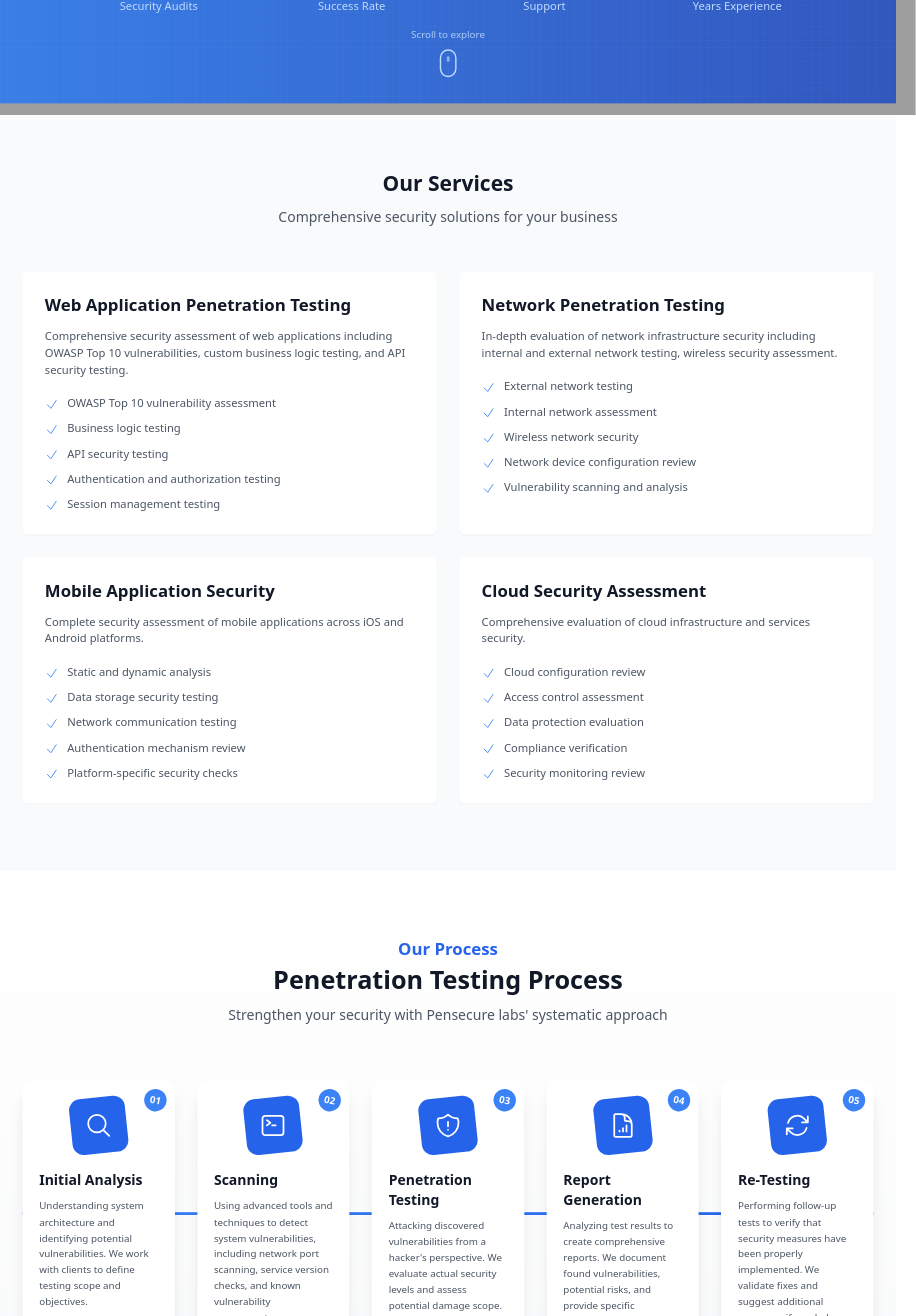
Repository: ZSayless/Penetration-test
Page: /
An editor plug-in stored every save of this project. The page is shown before and after the next save, followed by the edit.
The browser window is 1280 px wide. The page is 1308 px wide, so the pictures cover 1308 px, including what lies to the right of the window. The pictures show the part of the page from y = 594 to 2474 px (the page is 7893 px tall before and 7997 px after), at 70% of full size.
Pictures or frames that could not be fetched are drawn as grey boxes. The project was rebuilt for these pictures with package versions that can differ from the ones it lists, and the page was loaded fresh each time. The framework's server and built-in components were replaced by stand-ins that run in the browser. Also part of the build but not shown: next.config.js.

Above is the page before, as saved 2024-12-04 15:14:57.

### src/app/layout.tsx
import type { Metadata } from 'next';
import Navbar from '@/components/Navbar';
import './globals.css';

export const metadata: Metadata = {
  title: 'SecureTest Pro - Professional Penetration Testing Services',
  description: 'Comprehensive security assessment services to protect your business from cyber threats.',
};

export default function RootLayout({
  children,
}: {
  children: React.ReactNode;
}) {
  return (
    <html lang="en">
      <body>
        <Navbar />
        {children}
      </body>
    </html>
  );
}

### src/app/page.tsx
'use client';

import Hero from '@/components/sections/Hero';
import Services from '@/components/sections/Services';
import Process from '@/components/sections/Process';
import About from '@/components/sections/About';
import Features from '@/components/sections/Features';
import Testimonials from '@/components/sections/Testimonials';
import Contact from '@/components/sections/Contact';
import WhyPentest from '@/components/sections/WhyPentest';
import FAQ from '@/components/sections/FAQ';
import Tools from '@/components/sections/Tools';

export default function Home() {
  return (
    <main>
      <Hero />
      <Services />
      <Process />
      <WhyPentest />
      <Tools />
      <About />
      <Features />
      <FAQ />
      <Testimonials />
      <Contact />
    </main>
  );
}

### src/components/Navbar.tsx
'use client';

import Link from 'next/link';
import Image from 'next/image';
import { useState } from 'react';

const navItems = [
  { name: 'Home', href: '#home' },
  { name: 'Services', href: '#services' },
  { name: 'About', href: '#about' },
  { name: 'Contact', href: '#contact' }
];

export default function Navbar() {
  const [active, setActive] = useState('');

  const handleScroll = (e: React.MouseEvent<HTMLAnchorElement>, href: string) => {
    e.preventDefault();
    const targetId = href.replace('#', '');
    const element = document.getElementById(targetId);
    if (element) {
      element.scrollIntoView({
        behavior: 'smooth'
      });
      setActive(href);
    }
  };

  return (
    <nav className="fixed top-0 left-0 right-0 z-50 bg-white shadow-sm">
      <div className="max-w-7xl mx-auto px-4 sm:px-6 lg:px-8">
        <div className="flex justify-between h-16">
          <div className="flex items-center">
            {/* Logo */}
            <div className="flex-shrink-0 flex items-center">
              <Link href="/" className="flex items-center space-x-2">
                <div className="w-8 h-8 bg-blue-600 rounded-lg flex items-center justify-center">
                  <span className="text-white font-bold text-xl">SP</span>
                </div>
                <span className="text-xl font-bold text-gray-900">SecureTest Pro</span>
              </Link>
            </div>

            {/* Navigation Links */}
            <div className="hidden sm:ml-10 sm:flex sm:space-x-8">
              {navItems.map((item) => (
                <Link
                  key={item.name}
                  href={item.href}
                  onClick={(e) => handleScroll(e, item.href)}
                  className={`inline-flex items-center px-1 pt-1 border-b-2 text-sm font-medium ${
                    active === item.href
                      ? 'border-blue-500 text-gray-900'
                      : 'border-transparent text-gray-500 hover:border-gray-300 hover:text-gray-700'
                  }`}
                >
                  {item.name}
                </Link>
              ))}
            </div>
          </div>

          {/* Get Started Button */}
          <div className="flex items-center">
            <Link
              href="#contact"
              onClick={(e) => handleScroll(e, '#contact')}
              className="inline-flex items-center px-4 py-2 border border-transparent text-sm font-medium rounded-lg text-white bg-blue-600 hover:bg-blue-700 transition-colors duration-200"
            >
              Get Started
            </Link>
          </div>
        </div>
      </div>
    </nav>
  );
}

### src/app/globals.css
@tailwind base;
@tailwind components;
@tailwind utilities;

/* Add these styles */
html {
  scroll-padding-top: 4rem; /* Adjust this value based on your navbar height */
  scroll-behavior: smooth;
}

section {
  scroll-margin-top: 4rem; /* Adjust this value based on your navbar height */
}

### src/components/sections/Services.tsx
'use client';

import { motion } from 'framer-motion';
import { CheckIcon } from '@heroicons/react/24/outline';

const services = [
  {
    title: "Web Application Penetration Testing",
    description: "Comprehensive security assessment of web applications including OWASP Top 10 vulnerabilities, custom business logic testing, and API security testing.",
    features: [
      "OWASP Top 10 vulnerability assessment",
      "Business logic testing",
      "API security testing",
      "Authentication and authorization testing",
      "Session management testing"
    ]
  },
  {
    title: "Network Penetration Testing",
    description: "In-depth evaluation of network infrastructure security including internal and external network testing, wireless security assessment.",
    features: [
      "External network testing",
      "Internal network assessment",
      "Wireless network security",
      "Network device configuration review",
      "Vulnerability scanning and analysis"
    ]
  },
  {
    title: "Mobile Application Security",
    description: "Complete security assessment of mobile applications across iOS and Android platforms.",
    features: [
      "Static and dynamic analysis",
      "Data storage security testing",
      "Network communication testing",
      "Authentication mechanism review",
      "Platform-specific security checks"
    ]
  },
  {
    title: "Cloud Security Assessment",
    description: "Comprehensive evaluation of cloud infrastructure and services security.",
    features: [
      "Cloud configuration review",
      "Access control assessment",
      "Data protection evaluation",
      "Compliance verification",
      "Security monitoring review"
    ]
  }
];

export default function Services() {
  return (
    <section id="services" className="py-24 bg-gray-50">
      <div className="max-w-7xl mx-auto px-4 sm:px-6 lg:px-8">
        <motion.div
          initial={{ opacity: 0, y: 20 }}
          whileInView={{ opacity: 1, y: 0 }}
          viewport={{ once: true }}
          className="text-center mb-16"
        >
          <h2 className="text-3xl font-bold text-gray-900">Our Services</h2>
          <p className="mt-4 text-xl text-gray-600">
            Comprehensive security solutions for your business
          </p>
        </motion.div>

        <div className="grid grid-cols-1 lg:grid-cols-2 gap-8">
          {services.map((service, index) => (
            <motion.div
              key={index}
              initial={{ opacity: 0, y: 20 }}
              whileInView={{ opacity: 1, y: 0 }}
              viewport={{ once: true }}
              transition={{ delay: index * 0.2 }}
              className="bg-white rounded-lg shadow-sm hover:shadow-md transition-shadow duration-300 overflow-hidden"
            >
              <div className="p-8">
                <h3 className="text-2xl font-semibold text-gray-900 mb-4">
                  {service.title}
                </h3>
                <p className="text-gray-600 mb-6">
                  {service.description}
                </p>
                <ul className="space-y-3">
                  {service.features.map((feature, featureIndex) => (
                    <li key={featureIndex} className="flex items-start">
                      <CheckIcon className="h-5 w-5 text-blue-500 mt-1 flex-shrink-0" />
                      <span className="ml-3 text-gray-600">{feature}</span>
                    </li>
                  ))}
                </ul>
              </div>
            </motion.div>
          ))}
        </div>
      </div>
    </section>
  );
}

### src/components/sections/Features.tsx
export default function Features() {
  return (
    <section id="features" className="py-20 bg-gray-50">
      <div className="max-w-7xl mx-auto px-4 sm:px-6 lg:px-8">
        <div className="text-center">
          <h2 className="text-3xl font-extrabold text-gray-900 sm:text-4xl">
            Why Choose Our Services
          </h2>
          <p className="mt-4 max-w-2xl mx-auto text-xl text-gray-500">
            Industry-leading security testing with comprehensive solutions
          </p>
        </div>

        <div className="mt-20 grid grid-cols-1 gap-8 md:grid-cols-2 lg:grid-cols-3">
          {[
            {
              title: 'Expert Team',
              description: 'Certified security professionals with years of experience',
              icon: '👨‍💻',
            },
            {
              title: 'Comprehensive Reports',
              description: 'Detailed findings with actionable recommendations',
              icon: '📊',
            },
            {
              title: '24/7 Support',
              description: 'Round-the-clock assistance and consultation',
              icon: '🔧',
            },
            {
              title: 'Latest Tools',
              description: 'Using cutting-edge security testing tools',
              icon: '🛠',
            },
            {
              title: 'Custom Solutions',
              description: 'Tailored testing plans for your specific needs',
              icon: '🎯',
            },
            {
              title: 'Fast Turnaround',
              description: 'Quick delivery without compromising quality',
              icon: '⚡',
            },
          ].map((feature, index) => (
            <div
              key={index}
              className="relative bg-white p-6 rounded-lg shadow-lg hover:shadow-xl transition-all duration-300"
            >
              <div>
                <span className="text-4xl">{feature.icon}</span>
                <h3 className="mt-4 text-lg font-medium text-gray-900">
                  {feature.title}
                </h3>
                <p className="mt-2 text-gray-500">{feature.description}</p>
              </div>
            </div>
          ))}
        </div>
      </div>
    </section>
  );
}

### src/components/sections/Testimonials.tsx
export default function Testimonials() {
  return (
    <section id="testimonials" className="py-20 bg-white">
      <div className="max-w-7xl mx-auto px-4 sm:px-6 lg:px-8">
        <div className="text-center">
          <h2 className="text-3xl font-extrabold text-gray-900 sm:text-4xl">
            What Our Clients Say
          </h2>
          <p className="mt-4 max-w-2xl mx-auto text-xl text-gray-500">
            Don't just take our word for it
          </p>
        </div>

        <div className="mt-20 grid grid-cols-1 gap-8 md:grid-cols-2 lg:grid-cols-3">
          {[
            {
              quote: "The team's expertise and professionalism exceeded our expectations. They found critical vulnerabilities that could have been devastating if exploited.",
              author: "John Smith",
              role: "CTO, Tech Corp",
            },
            {
              quote: "Comprehensive testing and clear reporting helped us improve our security posture significantly. Highly recommended!",
              author: "Sarah Johnson",
              role: "Security Director, Finance Plus",
            },
            {
              quote: "Their penetration testing service is thorough and their recommendations are practical and actionable.",
              author: "Mike Williams",
              role: "IT Manager, Global Retail",
            },
          ].map((testimonial, index) => (
            <div
              key={index}
              className="bg-gray-50 p-8 rounded-lg shadow-lg hover:shadow-xl transition-all duration-300"
            >
              <p className="text-gray-600 italic">"{testimonial.quote}"</p>
              <div className="mt-6">
                <p className="text-gray-900 font-semibold">{testimonial.author}</p>
                <p className="text-gray-500">{testimonial.role}</p>
              </div>
            </div>
          ))}
        </div>
      </div>
    </section>
  );
}

### src/components/sections/WhyPentest.tsx
'use client';

import { motion } from 'framer-motion';
import {
  ShieldCheckIcon,
  LockClosedIcon,
  ClipboardDocumentCheckIcon,
  ComputerDesktopIcon,
  ArrowPathRoundedSquareIcon,
  BanknotesIcon
} from '@heroicons/react/24/outline';

const reasons = [
  {
    title: "Early Threat Detection",
    description: "Identify potential vulnerabilities early to prevent malicious attacks. This is crucial for preventing data breaches and system compromises.",
    icon: ShieldCheckIcon
  },
  {
    title: "Data Protection",
    description: "Protect critical business data and customer information to prevent reputation damage and reduce legal risks.",
    icon: LockClosedIcon
  },
  {
    title: "Regulatory Compliance",
    description: "Meet various industry regulations and legal requirements through regular security testing. Prepare for regulatory audits.",
    icon: ClipboardDocumentCheckIcon
  },
  {
    title: "Cyber Attack Simulation",
    description: "Test using real hacker techniques to strengthen your organization's defense strategies.",
    icon: ComputerDesktopIcon
  },
  {
    title: "Business Continuity",
    description: "Maintain system availability and minimize business disruption by addressing vulnerabilities through penetration testing.",
    icon: ArrowPathRoundedSquareIcon
  },
  {
    title: "Cost Reduction",
    description: "Save costs by fixing system vulnerabilities before they lead to major security incidents.",
    icon: BanknotesIcon
  }
];

export default function WhyPentest() {
  return (
    <section className="py-24 bg-white">
      <div className="max-w-7xl mx-auto px-4 sm:px-6 lg:px-8">
        <motion.div
          initial={{ opacity: 0, y: 20 }}
          whileInView={{ opacity: 1, y: 0 }}
          viewport={{ once: true }}
          transition={{ duration: 0.8 }}
          className="text-center mb-16"
        >
          <h2 className="text-2xl font-semibold text-blue-600">Why Choose Us</h2>
          <h3 className="mt-2 text-4xl font-bold text-gray-900">Key Reasons for Vulnerability Assessment & Penetration Testing</h3>
        </motion.div>

        <div className="grid grid-cols-1 md:grid-cols-2 lg:grid-cols-3 gap-8">
          {reasons.map((reason, index) => (
            <motion.div
              key={index}
              initial={{ opacity: 0, y: 20 }}
              whileInView={{ opacity: 1, y: 0 }}
              viewport={{ once: true }}
              transition={{ duration: 0.5, delay: index * 0.1 }}
              className="bg-gray-50 rounded-xl p-6 hover:shadow-xl transition-shadow duration-300"
            >
              <div className="flex items-start space-x-4">
                <div className="flex-shrink-0">
                  <div className="w-12 h-12 bg-blue-100 rounded-lg flex items-center justify-center">
                    <reason.icon className="w-6 h-6 text-blue-600" />
                  </div>
                </div>
                <div>
                  <h4 className="text-lg font-semibold text-gray-900 mb-2">{reason.title}</h4>
                  <p className="text-gray-600">{reason.description}</p>
                </div>
              </div>
            </motion.div>
          ))}
        </div>
      </div>
    </section>
  );
}

### src/components/sections/FAQ.tsx
'use client';

import { motion } from 'framer-motion';
import { useState } from 'react';
import { ChevronDownIcon } from '@heroicons/react/24/outline';

const faqs = [
  {
    question: "What is Penetration Testing?",
    answer: "Penetration Testing is a controlled cybersecurity assessment that simulates real-world attacks to identify vulnerabilities in your systems, networks, and applications before malicious hackers can exploit them."
  },
  {
    question: "How often should we conduct Penetration Testing?",
    answer: "We recommend conducting penetration tests at least annually, or after significant infrastructure changes, new system deployments, or major application updates. Regular testing ensures continuous security assessment."
  },
  {
    question: "What types of Penetration Testing do you offer?",
    answer: "We offer comprehensive penetration testing services including Network Penetration Testing, Web Application Testing, Mobile App Security Testing, Cloud Security Assessment, and Social Engineering Testing."
  },
  {
    question: "How long does a Penetration Test take?",
    answer: "The duration varies depending on the scope and complexity of the systems being tested. Typically, a standard penetration test can take 1-3 weeks, including planning, testing, and reporting phases."
  },
  {
    question: "What deliverables can we expect?",
    answer: "You'll receive a detailed report including an executive summary, technical findings, risk ratings, proof-of-concept demonstrations, and specific remediation recommendations. We also provide post-test consultation."
  }
];

export default function FAQ() {
  const [openIndex, setOpenIndex] = useState<number | null>(null);

  return (
    <section className="py-24 bg-gray-50">
      <div className="max-w-7xl mx-auto px-4 sm:px-6 lg:px-8">
        <motion.div
          initial={{ opacity: 0, y: 20 }}
          whileInView={{ opacity: 1, y: 0 }}
          viewport={{ once: true }}
          className="text-center mb-16"
        >
          <h2 className="text-2xl font-semibold text-blue-600">FAQ</h2>
          <h3 className="mt-2 text-4xl font-bold text-gray-900">Frequently Asked Questions</h3>
          <p className="mt-4 text-xl text-gray-600">
            Common questions about our penetration testing services
          </p>
        </motion.div>

        <div className="max-w-3xl mx-auto">
          {faqs.map((faq, index) => (
            <motion.div
              key={index}
              initial={{ opacity: 0, y: 20 }}
              whileInView={{ opacity: 1, y: 0 }}
              viewport={{ once: true }}
              transition={{ delay: index * 0.1 }}
              className="mb-4"
            >
              <button
                onClick={() => setOpenIndex(openIndex === index ? null : index)}
                className="w-full flex justify-between items-center p-6 bg-white rounded-lg shadow-sm hover:shadow-md transition-shadow duration-200"
              >
                <span className="text-lg font-semibold text-gray-900">{faq.question}</span>
                <ChevronDownIcon
                  className={`w-5 h-5 text-blue-600 transition-transform duration-200 ${
                    openIndex === index ? 'transform rotate-180' : ''
                  }`}
                />
              </button>
              {openIndex === index && (
                <motion.div
                  initial={{ opacity: 0, height: 0 }}
                  animate={{ opacity: 1, height: 'auto' }}
                  exit={{ opacity: 0, height: 0 }}
                  className="p-6 bg-gray-50 rounded-b-lg"
                >
                  <p className="text-gray-600">{faq.answer}</p>
                </motion.div>
              )}
            </motion.div>
          ))}
        </div>
      </div>
    </section>
  );
}

### src/components/sections/Tools.tsx
'use client';

import { motion } from 'framer-motion';
import { CommandLineIcon, ShieldCheckIcon, GlobeAltIcon, ServerIcon, WrenchScrewdriverIcon } from '@heroicons/react/24/outline';

const tools = [
  {
    name: "Acunetix",
    description: "Advanced web vulnerability scanning",
    icon: GlobeAltIcon
  },
  {
    name: "Nessus",
    description: "Comprehensive vulnerability assessment",
    icon: ShieldCheckIcon
  },
  {
    name: "Burp Suite",
    description: "Web application security testing",
    icon: CommandLineIcon
  },
  {
    name: "Metasploit",
    description: "Penetration testing framework",
    icon: ServerIcon
  },
  {
    name: "Wireshark",
    description: "Network protocol analyzer",
    icon: WrenchScrewdriverIcon
  }
];

export default function Tools() {
  return (
    <section className="py-24 bg-white">
      <div className="max-w-7xl mx-auto px-4 sm:px-6 lg:px-8">
        <motion.div
          initial={{ opacity: 0, y: 20 }}
          whileInView={{ opacity: 1, y: 0 }}
          viewport={{ once: true }}
          className="text-center mb-16"
        >
          <h2 className="text-2xl font-semibold text-blue-600">Our Arsenal</h2>
          <h3 className="mt-2 text-4xl font-bold text-gray-900">Professional Tools & Technologies</h3>
          <p className="mt-4 text-xl text-gray-600">
            We use industry-leading security tools to ensure comprehensive testing
          </p>
        </motion.div>

        <div className="grid grid-cols-2 md:grid-cols-3 lg:grid-cols-5 gap-8">
          {tools.map((tool, index) => (
            <motion.div
              key={index}
              initial={{ opacity: 0, y: 20 }}
              whileInView={{ opacity: 1, y: 0 }}
              viewport={{ once: true }}
              transition={{ delay: index * 0.1 }}
              className="flex flex-col items-center p-6 bg-gray-50 rounded-xl hover:shadow-lg transition-shadow duration-300"
            >
              <div className="w-20 h-20 mb-4 bg-blue-100 rounded-xl flex items-center justify-center">
                <tool.icon className="w-12 h-12 text-blue-600" />
              </div>
              <h4 className="text-lg font-semibold text-gray-900">{tool.name}</h4>
              <p className="text-sm text-gray-600 text-center mt-2">{tool.description}</p>
            </motion.div>
          ))}
        </div>
      </div>
    </section>
  );
}

Loaded but not shown: tailwind.config.js (18 lines, source omitted); src/components/sections/Contact.tsx (306 lines, source omitted); src/components/sections/Hero.tsx (279 lines, source omitted); src/components/sections/About.tsx (136 lines, source omitted); src/components/sections/Process.tsx (105 lines, source omitted)

After the next save:
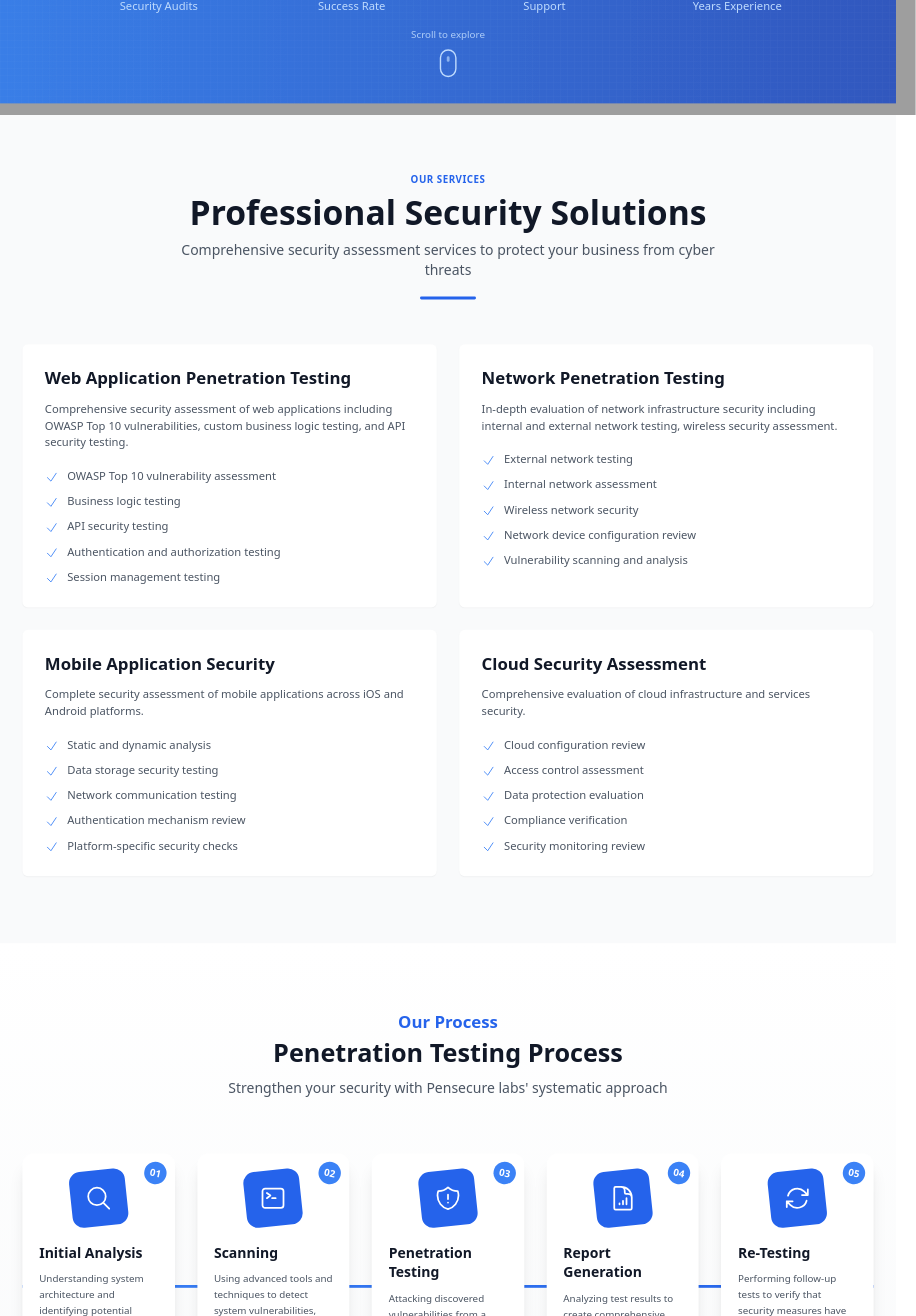
Saved 2 min 10 s later.
--- a/src/components/sections/Services.tsx
+++ b/src/components/sections/Services.tsx
@@ -60,10 +60,18 @@ export default function Services() {
           viewport={{ once: true }}
           className="text-center mb-16"
         >
-          <h2 className="text-3xl font-bold text-gray-900">Our Services</h2>
-          <p className="mt-4 text-xl text-gray-600">
-            Comprehensive security solutions for your business
-          </p>
+          <span className="text-blue-600 font-semibold text-sm uppercase tracking-wider">Our Services</span>
+          <h2 className="mt-3 text-4xl md:text-5xl font-bold text-gray-900 leading-tight">
+            Professional Security Solutions
+          </h2>
+          <div className="mt-4 max-w-3xl mx-auto">
+            <p className="text-xl text-gray-600">
+              Comprehensive security assessment services to protect your business from cyber threats
+            </p>
+          </div>
+          <div className="mt-6 flex justify-center">
+            <div className="h-1 w-20 bg-blue-600 rounded-full"></div>
+          </div>
         </motion.div>
 
         <div className="grid grid-cols-1 lg:grid-cols-2 gap-8">
